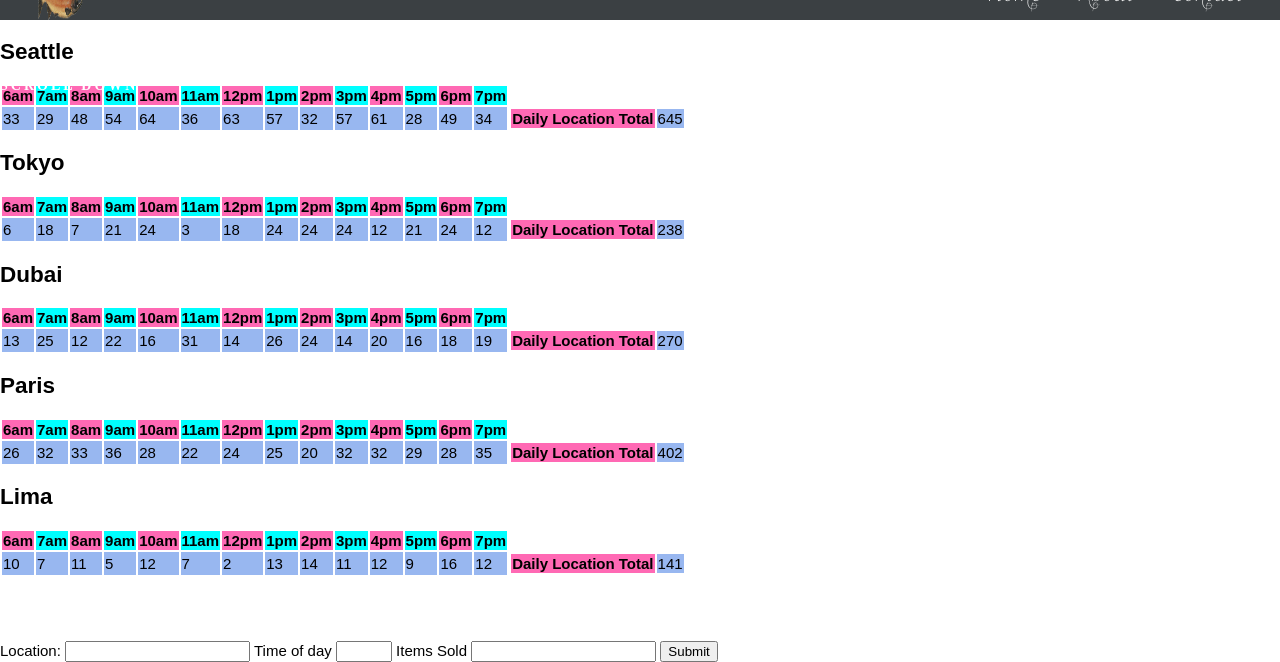
Repository: aaron1986/cookie_stand
Page: index.html
The author's editor kept a copy of each file at every save. The page is drawn from the files as they stood at one save, then again after the next save.
The browser window is 1280 px wide. The pictures show the part of the page from y = 583 to 1524 px (the page is 1245 px tall before and 1524 px after).
A picture or video elsewhere on the page could not be fetched, so the positions and the page height are approximate.

Above is the page before, as saved 2023-09-28 15:37:45.

### index.html
<!DOCTYPE html>
<html lang="en">
<head>
    <meta charset="UTF-8">
    <meta name="viewport" content="width=device-width, initial-scale=1.0">
    <link rel="stylesheet" href="./style.css">
    <script src="./app.js" defer></script>
    <title>Document</title>
</head>
<body>
    <header>
        <video autoplay muted loop>
            <source src="./vid/salmon.mp4">
        </video>

     <!-- heading text -->
     <div class="container">
        <div class="hero-text">
            <h1>Experience <br>Salmon <br>Cookies</h1>
                <a class="scroll-down">Scroll Down</a>
         </div> <!-- end of hero-text -->
     </div> <!-- end of container -->

    </header>

    <main>


        <nav>
            <img src="./img/salmon.png">
            <ul>

                <li><a href="#">Home</a></li>
                <li><a href="#">About</a></li>
                <li><a href="#">Contact</a></li>
            </ul>
         </nav>

         <!-- form to insert data into table -->

         <div id="shop-location">

         </div>
         <div class="container">
        <form id="cookiesShop">
            <label for="location">Location: </label>
            <input type="text" id="location" name="location">

            <label for="hour">Time of day</label>
            <input type="number" id="hour" name="hour" min="6" max="19">

            <label for="cookiesSold">Items Sold</label>
            <input type="number" id="cookiesSold" name="cookiesSold" min="0">

            <button>Submit</button>

         </form>
    </main>

    <footer>

    </footer>
</body>
</html>

### style.css
th:nth-child(even) {
    background-color: aqua;
}

th:nth-child(odd) {
    background-color: hotpink;
}

td {
    background-color: rgb(152, 183, 240);
}


html, body {
    display: block;
    width: 100%;
    height:100%;
    margin: 0;
    padding: 0;
    background: transparent;
    font-size: 15px;
    font-family: "itc-avant-garde-gothic-pro", sans-serif;
}

.container {
    margin-top:5%;
}

video {
    margin-top: -6%;
    left: 0;
    width: 100%;
    height: 100%;
    background-color: rgba(0,0,0,.3);
    z-index: 1;
  }



/* start of hero text */

.hero-text {
    width: 100%;
  margin-top:-25%;
}


h1 {
    font-family: "heading-text";
    font-weight: 400;
  font-style: normal;
  font-size: 90px;
  color: #fff;
  text-indent: -16px;
    line-height: 78px;
    margin-bottom: 19px;
    text-align: center;
    justify-content: center;

}

@font-face {
    font-family: 'heading-text';
    src: url('./fonts/GarineldoNo02.otf');
}

.scroll-down {
    font: 700 14px/22px "Montserrat",serif;
  color: #fff;
  text-transform: uppercase;
  letter-spacing: 3px;
  bottom: 40px;
  z-index: 2;
  text-align: center;
  position: absolute;
}

/* end of hero text */


/* start of navigation */
nav {
    background-color: #3B4043;
    height:55px;
    margin-top: -15px;
}
ul {
   display: flex;
   justify-content: flex-end;
}
li {
    display: inline;
    margin-right: 3%;
    margin-top: -5%;
    font-family: "heading-text";
    font-size: 32px;
}

li a {
    color: #fff;
    text-decoration: none;
    list-style: none;
}

a:hover {
    transition: opacity .55s .2s,top .55s;
  opacity: .55;
  top: -10px;
  color: #d3b298;
  border-top: 2px solid #d3b298;
}

img {
    width: 45px;
    height:55px;
    margin-left:3%;
}

img:hover {
	-webkit-filter: grayscale(100%) blur(3px);
	filter: grayscale(100%) blur(3px);
}

### app.js
const Hours = ['6am', '7am', '8am', '9am', '10am', '11am', '12pm', '1pm', '2pm', '3pm', '4pm', '5pm', '6pm', '7pm'];

function randonNumber(min, max) {
    return Math.floor(Math.random() * (max - min + 1)) + min;
}

function ShopLocation(location, min, max, avg) {
    this.location = location;
    this.min = min;
    this.max = max;
    this.avg = avg;
    this.customersPerHour = [];
    this.cookiesPerHour = [];
    this.totalSold = 0;


    this.calcTotal = function() {
        for(let i = 0; i < Hours.length; i++) {
            const randNum = randonNumber(this.min, this.max);
                this.customersPerHour.push(randNum);
                this.cookiesPerHour.push(randNum * this.avg);
        }
    };

}

const shopLocationSeattle = new ShopLocation ("Seattle", 23, 65, 6.3);

const shopLocationTokyo = new ShopLocation("Tokyo", 3, 24, 1.2);

const shopLocationDubai = new ShopLocation("Dubai",11,38,3.7);

const shopLocationParis = new ShopLocation("Paris",20,38,2.3);

const shopLocationLima = new ShopLocation("Lima",2,16,4,6);

shopLocationSeattle.calcTotal();
shopLocationTokyo.calcTotal();
shopLocationDubai.calcTotal();
shopLocationParis.calcTotal();
shopLocationLima.calcTotal();


const shopLocationHtml = document.getElementById("shop-location");

function createShopLocation(locationData) {
    const article = document.createElement("article");

    //Headers
    const h2 = document.createElement("h2");
    h2.textContent = locationData.location;
    article.appendChild(h2);


    //Table information
    const table = document.createElement("table");

    const thead = document.createElement("thead");
    const headerRow = document.createElement("tr");

    // Loop through the hours and create table headers
    for (let i = 0; i < locationData.customersPerHour.length; i++) {
        const th = document.createElement("th");
        th.textContent = `${Hours[i]}`;
        headerRow.appendChild(th);
    }

    thead.appendChild(headerRow);
    table.appendChild(thead);

    const tbody = document.createElement("tbody");
    const dataRow = document.createElement("tr");

    // Loop through the customersPerHour
    for (let i = 0; i < locationData.customersPerHour.length; i++) {
        const td = document.createElement("td");
        td.textContent = `${locationData.customersPerHour[i]}`;
        dataRow.appendChild(td);
    }



    tbody.appendChild(dataRow);
        // Calculate the daily total for each hour
        const totalRow = document.createElement("tr");
        const totalCell = document.createElement("th");
        totalCell.textContent = "Daily Location Total";
        totalRow.appendChild(totalCell);


        let dailyTotal = 0;
        for(let i = 0; i < locationData.customersPerHour.length; i++) {
            dailyTotal += locationData.customersPerHour[i];
        }

        const td = document.createElement("td");
        td.textContent = `${dailyTotal}`;
        totalRow.appendChild(td);
        //console.log(dailytotal);





    dataRow.appendChild(totalRow);
    table.appendChild(tbody);
    article.appendChild(table);
    shopLocationHtml.appendChild(article);
}

createShopLocation(shopLocationSeattle);
createShopLocation(shopLocationTokyo);
createShopLocation(shopLocationDubai);
createShopLocation(shopLocationParis);
createShopLocation(shopLocationLima);

After the next save:
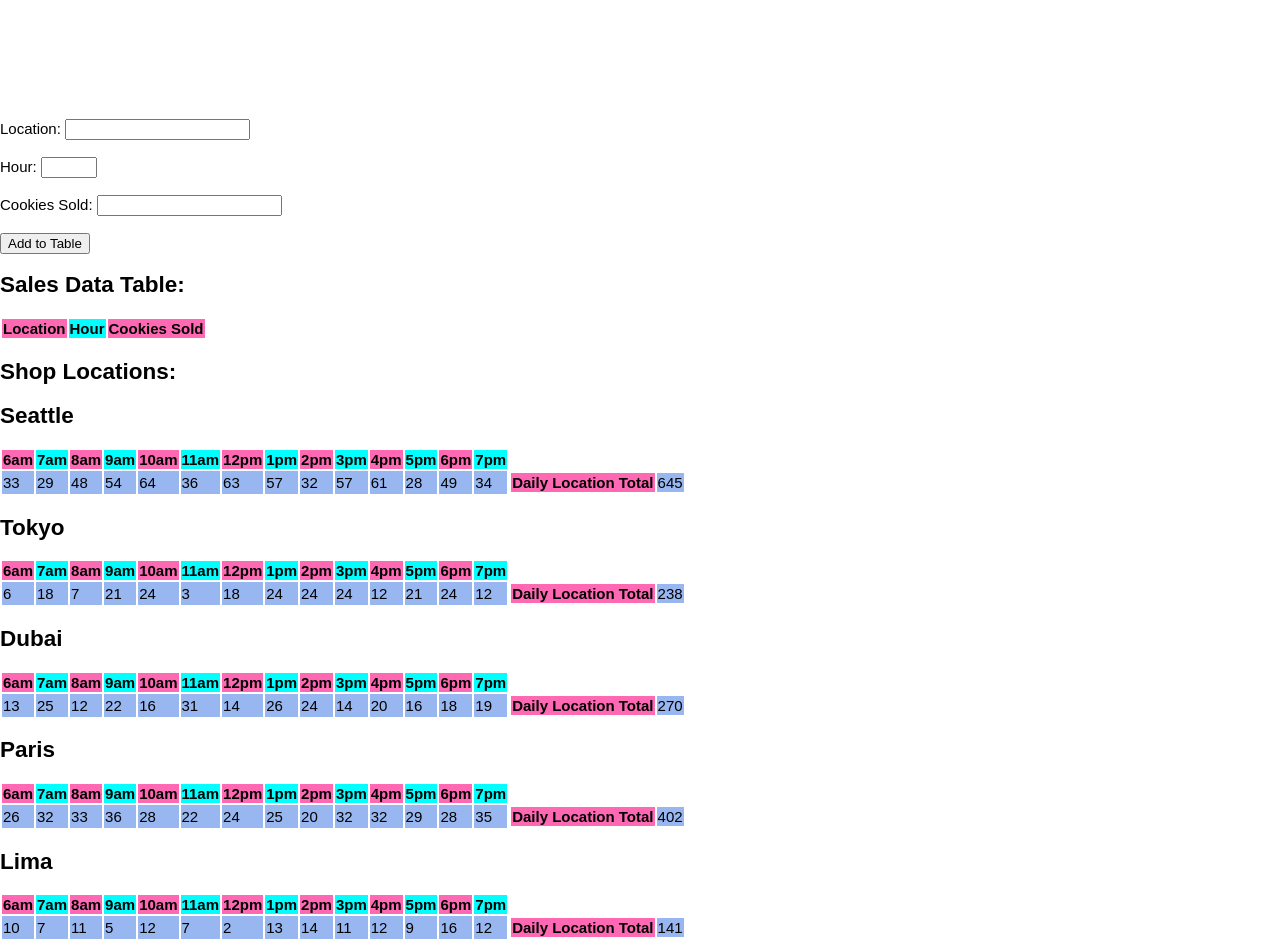
Saved 4 min 51 s later.
--- a/index.html
+++ b/index.html
@@ -25,37 +25,39 @@
 
     <main>
 
+        <h1>Sales Data Form</h1>
 
-        <nav>
-            <img src="./img/salmon.png">
-            <ul>
+            <!-- User input form -->
+            <form id="cookiesShop">
+                <label for="location">Location:</label>
+                <input type="text" id="location" name="location" required><br><br>
 
-                <li><a href="#">Home</a></li>
-                <li><a href="#">About</a></li>
-                <li><a href="#">Contact</a></li>
-            </ul>
-         </nav>
+                <label for="hour">Hour:</label>
+                <input type="number" id="hour" name="hour" min="6" max="19" required><br><br>
 
-         <!-- form to insert data into table -->
+                <label for="cookiesSold">Cookies Sold:</label>
+                <input type="number" id="cookiesSold" name="cookiesSold" min="0" required><br><br>
 
-         <div id="shop-location">
+                <input type="submit" value="Add to Table">
+            </form>
 
-         </div>
-         <div class="container">
-        <form id="cookiesShop">
-            <label for="location">Location: </label>
-            <input type="text" id="location" name="location">
+            <!-- Sales Data Table -->
+            <h2>Sales Data Table:</h2>
+            <table id="salesTable">
+                <thead>
+                    <tr>
+                        <th>Location</th>
+                        <th>Hour</th>
+                        <th>Cookies Sold</th>
+                    </tr>
+                </thead>
+                <tbody id="tableBody">
+                    <!-- Existing data rows will go here -->
+                </tbody>
+            </table>
 
-            <label for="hour">Time of day</label>
-            <input type="number" id="hour" name="hour" min="6" max="19">
-
-            <label for="cookiesSold">Items Sold</label>
-            <input type="number" id="cookiesSold" name="cookiesSold" min="0">
-
-            <button>Submit</button>
-
-         </form>
-    </main>
+            <h2>Shop Locations:</h2>
+            <div id="shop-location"></div>
 
     <footer>
 
